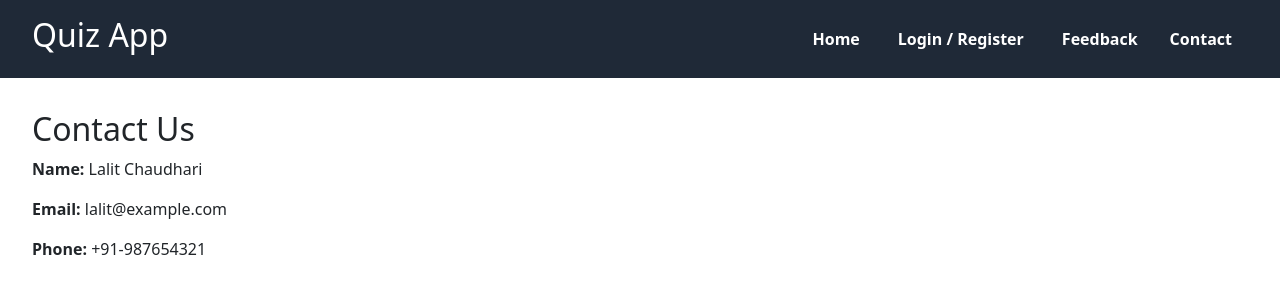
Repository: lalit9168/quizApp
Page: /contact (app in frontend/)
The author's editor kept a copy of each file at every save. The page is drawn from the files as they stood at one save, then again after the next save.
The browser window is 1280 px wide. The pictures show the whole page.
The project was rebuilt for these pictures with package versions that can differ from the ones it lists, and the page was loaded fresh each time. Also part of the build but not shown: frontend/vite.config.js, frontend/src/index.css, frontend/src/Components/Login/Login.jsx, frontend/src/Components/Home/Home.jsx, frontend/src/Components/PrivateRoute.jsx, frontend/src/Components/api.js, frontend/src/Components/Quiz/QuizPage.jsx, frontend/src/Components/Quiz/QuizDash.jsx and 7 more.

Above is the page before, as saved 2025-06-08 23:26:48.

### frontend/index.html
<!doctype html>
<html lang="en">
  <head>
    <meta charset="UTF-8" />
    <link rel="icon" type="image/svg+xml" href="/vite.svg" />
    <meta name="viewport" content="width=device-width, initial-scale=1.0" />
    <title>Vite + React</title>
  </head>
  <body>
    <div id="root"></div>
    <script type="module" src="/src/main.jsx"></script>
    <link
  href="https://cdn.jsdelivr.net/npm/bootstrap@5.3.0/dist/css/bootstrap.min.css"
  rel="stylesheet"
/>
  </body>
</html>

### frontend/src/App.jsx
import { BrowserRouter, Routes, Route } from 'react-router-dom';
import {
  LoginPage,
  HomePage,
  QuizPage,
  PrivateRoute,
  QuizDash,
  AttemptQuiz,
  CreateGuestQuiz,
  GuestQuizEntry,
  GuestAttemptQuiz,
} from './Components/exports';
import AdminSubmissions from './Components/Quiz/AdminSubmissions';

// ✅ New pages for landing and static content
import Hero from './Components/LandingPage/Hero';
import Contact from './Components/LandingPage/Contact';
import Feedback from './Components/LandingPage/Feedback';

function App() {
  return (
    <BrowserRouter>
      <Routes>

        {/* ✅ Landing Page - default entry */}
        <Route path="/" element={<Hero />} />

        {/* ✅ Auth routes */}
        <Route path="/login" element={<LoginPage />} />
        <Route path="/register" element={<LoginPage />} />

        {/* ✅ Protected Home */}
        <Route path="/home" element={<HomePage />} />

        {/* ✅ Admin Routes */}
        <Route
          path="/quiz"
          element={
            <PrivateRoute allowedRoles={['admin']}>
              <QuizPage />
            </PrivateRoute>
          }
        />
        <Route path="/quizdash" element={<QuizDash />} />
        <Route
          path="/admin/submissions"
          element={
            <PrivateRoute allowedRoles={['admin']}>
              <AdminSubmissions />
            </PrivateRoute>
          }
        />
        <Route
          path="/create-guest"
          element={
            <PrivateRoute allowedRoles={['admin']}>
              <CreateGuestQuiz />
            </PrivateRoute>
          }
        />

        {/* ✅ Guest & User Quiz Attempt Routes */}
        <Route path="/attempt/:code" element={<AttemptQuiz />} />
        <Route path="/guest-quiz-entry" element={<GuestQuizEntry />} />
        <Route path="/guest-attempt/:quizCode" element={<GuestAttemptQuiz />} />

        {/* ✅ Static Info Pages */}
        <Route path="/contact" element={<Contact />} />
        <Route path="/feedback" element={<Feedback />} />

      </Routes>
    </BrowserRouter>
  );
}

export default App;

### frontend/src/Components/exports.js
import LoginPage from "./Login/Login";
import HomePage from "./Home/Home";
import PrivateRoute from "./PrivateRoute";
import QuizPage from "./Quiz/QuizPage";
import QuizDash from "./Quiz/QuizDash";
import AttemptQuiz from "./Quiz/AttemptQuiz";
import CreateGuestQuiz from "./Guest/CreateGuestQuiz";
import GuestQuizEntry from "./Guest/GuestQuizEntry";
import GuestAttemptQuiz from "./Guest/GuestAttemptQuiz";

export {
    LoginPage,
    HomePage,
    PrivateRoute,
    QuizPage,
    QuizDash,
    AttemptQuiz,
    CreateGuestQuiz,
    GuestQuizEntry,
    GuestAttemptQuiz,
}

### frontend/src/Components/LandingPage/Contact.jsx
import React from "react";
import Navbar from "../Layout/Navbar";

const Contact = () => {
  return (
    <>
      <Navbar />
      <div style={{ padding: "2rem" }}>
        <h2>Contact Us</h2>
        <p><strong>Name:</strong> Lalit Chaudhari</p>
        <p><strong>Email:</strong> lalit@example.com</p>
        <p><strong>Phone:</strong> +91-987654321</p>
      </div>
    </>
  );
};

export default Contact;

### frontend/src/Components/Layout/Navbar.jsx
import React, { useState } from "react";
import { Link } from "react-router-dom";
import LoginModal from "../Auth/LoginModal";


const Navbar = () => {
  const [showModal, setShowModal] = useState(false);

  return (
    <>
      <nav style={styles.nav}>
        <h2 style={{ color: "white" }}>Quiz App</h2>
        <div>
          <Link to="/" style={styles.link}>Home</Link>
          <button onClick={() => setShowModal(true)} style={styles.button}>Login / Register</button>
          <Link to="/feedback" style={styles.link}>Feedback</Link>
          <Link to="/contact" style={styles.link}>Contact</Link>
        </div>
      </nav>

      <LoginModal open={showModal} handleClose={() => setShowModal(false)} />
    </>
  );
};

const styles = {
  nav: {
    backgroundColor: "#1f2937",
    padding: "1rem 2rem",
    display: "flex",
    justifyContent: "space-between",
    alignItems: "center"
  },
  link: {
    margin: "0 1rem",
    color: "white",
    textDecoration: "none",
    fontWeight: "bold"
  },
  button: {
    margin: "0 1rem",
    background: "none",
    border: "none",
    color: "white",
    fontWeight: "bold",
    cursor: "pointer"
  }
};

export default Navbar;

### frontend/src/Components/Auth/LoginModal.jsx
import React, { useState } from "react";
import {
  Box, Paper, TextField, Button, Typography,
  IconButton, Checkbox, FormControlLabel, Fade, Modal
} from "@mui/material";
import StarsIcon from "@mui/icons-material/Stars";
import axios from "axios";
import { useNavigate } from "react-router-dom";

function LoginModal({ open, handleClose }) {
  const navigate = useNavigate();
  const [isRegister, setIsRegister] = useState(false);
  const [formData, setFormData] = useState({
    email: "",
    password: "",
    role: "user",
  });

  const handleChange = (e) => {
    const { name, value, type, checked } = e.target;
    setFormData((prev) => ({
      ...prev,
      [name]: type === "checkbox" ? (checked ? "admin" : "user") : value,
    }));
  };

  const handleSubmit = async () => {
    const url = isRegister
      ? "http://localhost:5001/api/register"
      : "http://localhost:5001/api/login";

    try {
      const res = await axios.post(url, formData);
      if (!isRegister) {
        localStorage.setItem("token", res.data.token);
        localStorage.setItem("role", res.data.role);
        handleClose();
        navigate("/home");
      } else {
        alert("Registered successfully! Please log in.");
        setIsRegister(false);
      }
    } catch (err) {
      alert(err.response?.data?.error || "Something went wrong");
    }
  };

  return (
    <Modal open={open} onClose={handleClose}>
      <Box
        display="flex"
        justifyContent="center"
        alignItems="center"
        height="100vh"
      >
        <Fade in={open} timeout={600}>
          <Paper
            elevation={8}
            sx={{
              backdropFilter: "blur(16px)",
              background: "rgba(255, 255, 255, 0.05)",
              border: "1px solid rgba(255,255,255,0.15)",
              padding: 5,
              borderRadius: 4,
              maxWidth: 400,
              width: "90%",
              color: "#fff",
            }}
          >
            <Box textAlign="center" mb={3}>
              <IconButton
                sx={{
                  background: "linear-gradient(45deg, #00feba, #5b86e5)",
                  color: "#fff",
                  width: 60,
                  height: 60,
                  borderRadius: "50%",
                  boxShadow: "0 0 20px #00feba",
                }}
              >
                <StarsIcon fontSize="large" />
              </IconButton>
              <Typography variant="h5" mt={2} fontWeight="bold">
                {isRegister ? "Create an Account" : "Welcome to Quizz!"}
              </Typography>
            </Box>

            <TextField
              fullWidth
              label="Email"
              variant="filled"
              name="email"
              value={formData.email}
              onChange={handleChange}
              sx={{
                mb: 2,
                input: { color: "white" },
                "& .MuiFilledInput-root": {
                  backgroundColor: "rgba(255,255,255,0.1)",
                  borderRadius: 1,
                },
              }}
            />
            <TextField
              fullWidth
              label="Password"
              type="password"
              variant="filled"
              name="password"
              value={formData.password}
              onChange={handleChange}
              sx={{
                mb: 2,
                input: { color: "white" },
                "& .MuiFilledInput-root": {
                  backgroundColor: "rgba(255,255,255,0.1)",
                  borderRadius: 1,
                },
              }}
            />

            {isRegister && (
              <FormControlLabel
                control={
                  <Checkbox
                    checked={formData.role === "admin"}
                    onChange={handleChange}
                    name="role"
                    sx={{ color: "#00feba" }}
                  />
                }
                label="Register as Admin"
                sx={{ color: "#fff", mb: 2 }}
              />
            )}

            <Button
              fullWidth
              variant="contained"
              onClick={handleSubmit}
              sx={{
                background: "linear-gradient(to right, #00feba, #5b86e5)",
                color: "#000",
                fontWeight: "bold",
                boxShadow: "0 0 10px #00feba",
                mb: 2,
                ":hover": {
                  background: "linear-gradient(to right, #5b86e5, #00feba)",
                  transform: "scale(1.02)",
                },
              }}
            >
              {isRegister ? "Register" : "Log In"}
            </Button>

            <Typography align="center" variant="body2" sx={{ color: "#ccc" }}>
              {isRegister ? (
                <>
                  Already have an account?{" "}
                  <Button
                    onClick={() => setIsRegister(false)}
                    sx={{ color: "#00feba", textTransform: "none" }}
                  >
                    Log In
                  </Button>
                </>
              ) : (
                <>
                  Don’t have an account?{" "}
                  <Button
                    onClick={() => setIsRegister(true)}
                    sx={{ color: "#5b86e5", textTransform: "none" }}
                  >
                    Register
                  </Button>
                </>
              )}
            </Typography>
          </Paper>
        </Fade>
      </Box>
    </Modal>
  );
}

export default LoginModal;

Loaded but not shown: frontend/src/main.jsx (common file)

After the next save:
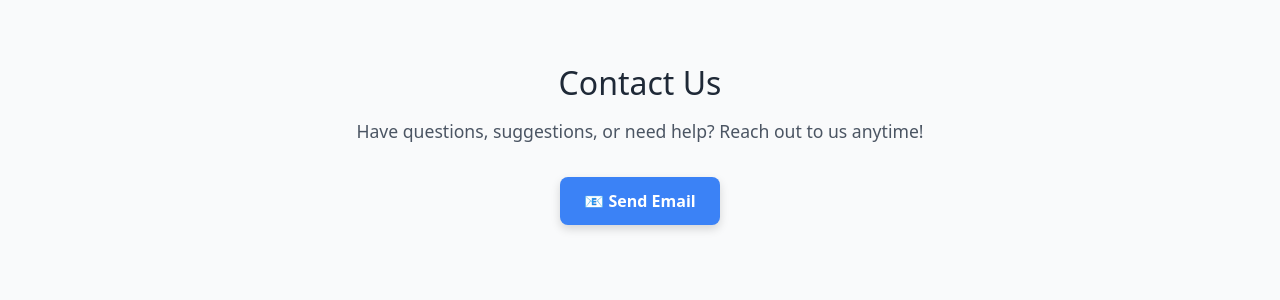
Saved 4 min 47 s later.
--- a/frontend/src/Components/LandingPage/Contact.jsx
+++ b/frontend/src/Components/LandingPage/Contact.jsx
@@ -1,18 +1,51 @@
 import React from "react";
-import Navbar from "../Layout/Navbar";
 
 const Contact = () => {
   return (
-    <>
-      <Navbar />
-      <div style={{ padding: "2rem" }}>
-        <h2>Contact Us</h2>
-        <p><strong>Name:</strong> Lalit Chaudhari</p>
-        <p><strong>Email:</strong> lalit@example.com</p>
-        <p><strong>Phone:</strong> +91-987654321</p>
-      </div>
-    </>
+    <div style={styles.container}>
+      <h1 style={styles.heading}>Contact Us</h1>
+      <p style={styles.text}>
+        Have questions, suggestions, or need help? Reach out to us anytime!
+      </p>
+
+      <a
+        href="mailto:lalitchaudhari003@gmail.com?subject=Quiz%20App%20Inquiry&body=Hi%20Lalit,%0A%0AI%20would%20like%20to%20know%20more%20about%20your%20Quiz%20App."
+        style={styles.button}
+      >
+        📧 Send Email
+      </a>
+    </div>
   );
 };
 
+const styles = {
+  container: {
+    textAlign: "center",
+    padding: "4rem 2rem",
+    backgroundColor: "#f9fafb",
+    minHeight: "90vh",
+  },
+  heading: {
+    fontSize: "2rem",
+    marginBottom: "1rem",
+    color: "#1f2937",
+  },
+  text: {
+    fontSize: "1.1rem",
+    marginBottom: "2rem",
+    color: "#4b5563",
+  },
+  button: {
+    display: "inline-block",
+    padding: "0.75rem 1.5rem",
+    fontSize: "1rem",
+    fontWeight: "bold",
+    color: "#fff",
+    backgroundColor: "#3b82f6",
+    borderRadius: "8px",
+    textDecoration: "none",
+    boxShadow: "0 4px 10px rgba(0, 0, 0, 0.15)",
+  },
+};
+
 export default Contact;
